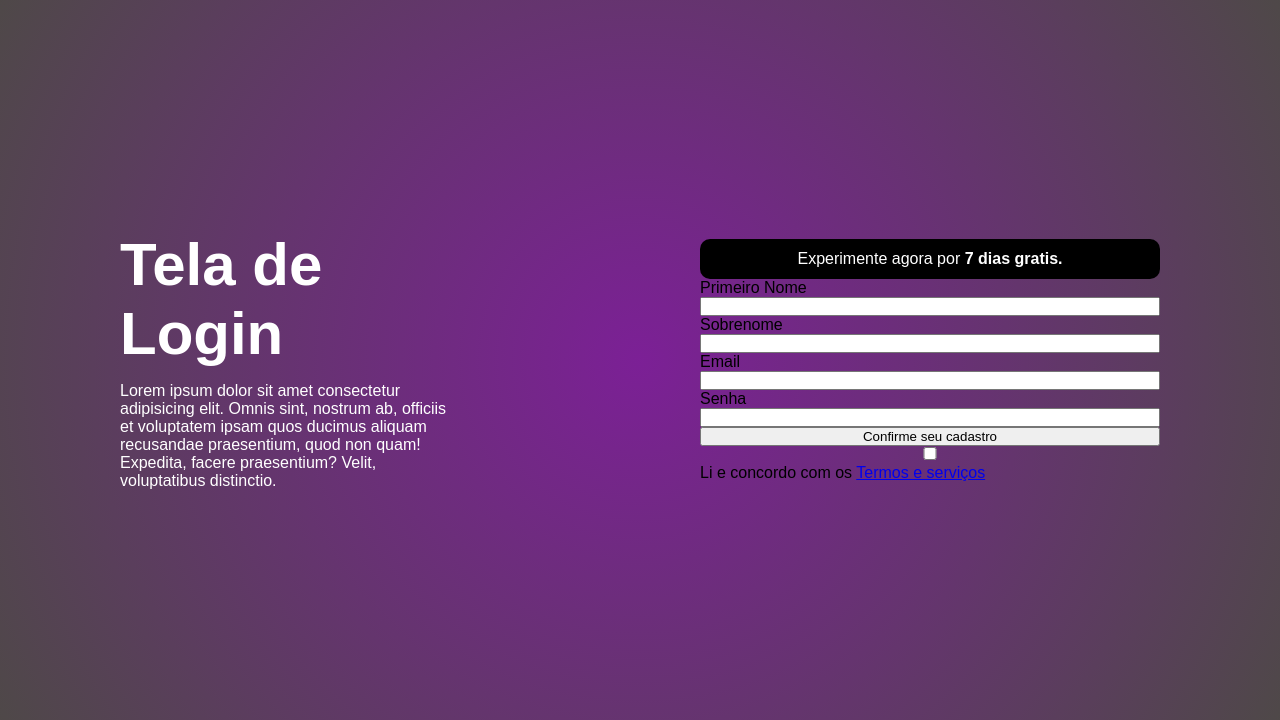
Repository: analessp/tela-login
Page: index.html
These files come from the project's save history. The page is drawn as it stood at one moment and after the next save; the edit follows.
The browser window is 1280 px wide. The pictures show the whole page.
Some web fonts or font styles are not loaded; a fallback is used.

Above is the page before, as saved 2025-04-16 08:53:15.

### index.html
<!DOCTYPE html>
<html lang="pt-br">
  <head>
    <meta charset="UTF-8" />
    <meta name="viewport" content="width=device-width, initial-scale=1.0" />
    <title>Tela de Login</title>
    <link rel="stylesheet" href="style.css" />
    <link rel="preconnect" href="https://fonts.googleapis.com" />
    <link rel="preconnect" href="https://fonts.gstatic.com" crossorigin />
    <link href="https://fonts.googleapis.com/css2?family=Nunito:ital,wght@0,200..1000;1,200..1000&family=Special+Gothic&display=swap" rel="stylesheet" />
  </head>
  <body>
    <main>
      <div class="container-left">
        <h1>Tela de Login</h1>
        <p>Lorem ipsum dolor sit amet consectetur adipisicing elit. Omnis sint, nostrum ab, officiis et voluptatem ipsam quos ducimus aliquam recusandae praesentium, quod non quam! Expedita, facere praesentium? Velit, voluptatibus distinctio.</p>
      </div>
      <div class="container-right">
        <a href="#" class="teste-gratis">
          <p>Experimente agora por <b>7 dias gratis.</b></p>
        </a>
        <div class="forms">
          <form>

            <div>
              <label for="name">
                <p>Primeiro Nome</p>
                <input id="name" type="text" />
              </label>
            </div>

            <div>
                <label for="lastname">
                    <p>Sobrenome</p>
                    <input id="lastname" type="text" />
                </label>
            </div>

            <div>
                <label for="email">
                    <p>Email</p>
                    <input id="email" type="email" />
                </label>
            </div>

            <div>
                <label for="password">
                    <p>Senha</p>
                    <input id="password" type="password" />
                </label>
            </div>

            <button type="submit">
                <p>Confirme seu cadastro</p>
            </button>
            <div>
                <input type="checkbox">
                <p>
                    Li e concordo com os <a href="#">Termos e serviços</a>
                </p>
            </div>
          </form>
        </div>
      </div>
    </main>
  </body>
</html>

### style.css
* {
    margin: 0;
    padding: 0;
    box-sizing: border-box;
    width: 100%;
    font-family: "Special Gothic", sans-serif;
}

main {
    display: flex;
    background-image: url("./assets/background.jpg") no-repeat center center;
    background-size: cover;
    position: relative;
    height: 100vh;
    z-index: 0;
}

&::after {
    content: "";
    background: radial-gradient(circle, rgba(109, 7, 138, 1) 0%, rgba(59, 52, 52, 1) 100%);
    position: absolute;
    top: 0;
    left: 0;
    opacity: 0.9;
    width: 100%;
    height: 100%;
    z-index: -1;
}

.container-left {
    color: white;
    display: flex;
    justify-content: center;
    flex-direction: column;
    padding: 40px 120px;
    gap: 14px;
}

.container-left h1 {
    font-size: 60px;
}

.container-right {
    background-color: #333(109, 109, 235);
    display: flex;
    flex-direction: column;
    justify-content: center;
    padding: 40px 120px;
}

.teste-gratis {
    display: flex;
    justify-content: center;
    align-items: center;
    width: 460px;
    height: 40px;
    background-color: black;
    text-decoration: none;
    color: white;
    border-radius: 10px;
}

.teste-gratis p{
text-align: center;
}

After the next save:
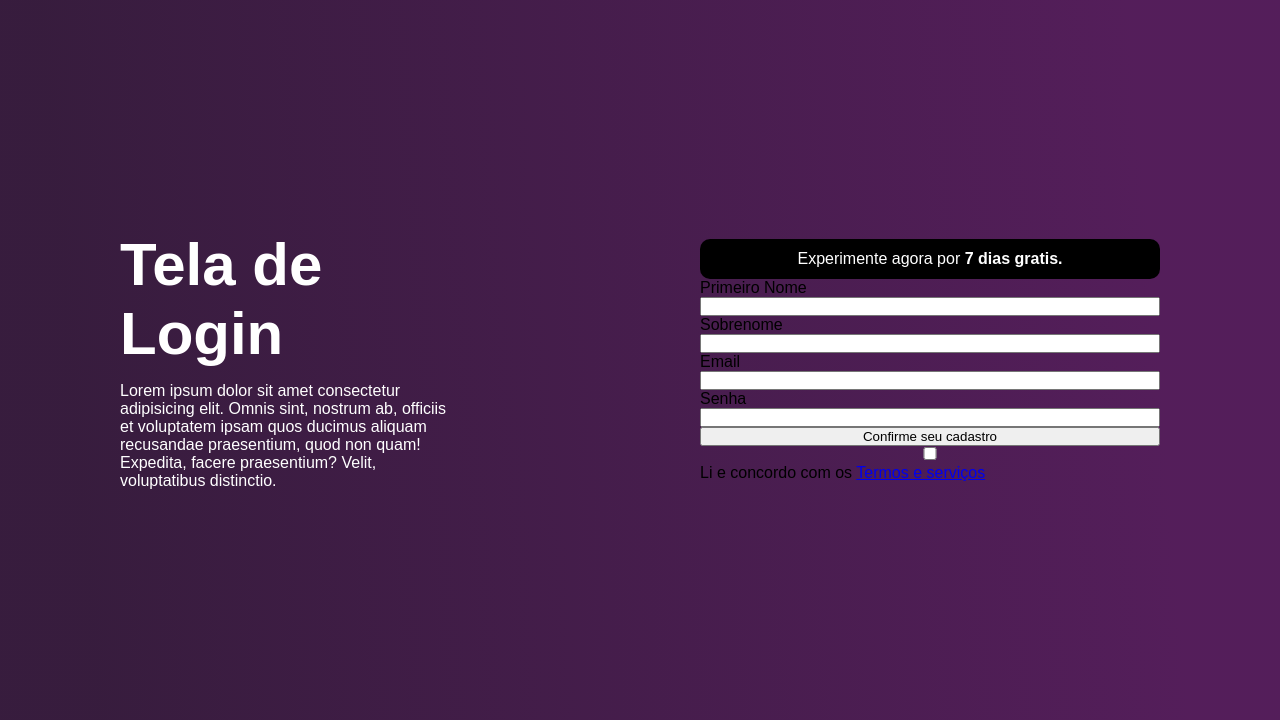
Saved 2 min 2 s later.
--- a/style.css
+++ b/style.css
@@ -17,7 +17,7 @@ main {
 
 &::after {
     content: "";
-    background: radial-gradient(circle, rgba(109, 7, 138, 1) 0%, rgba(59, 52, 52, 1) 100%);
+    background-image: linear-gradient( 85.2deg,  rgba(33,3,40,1) 7.5%, rgba(65,5,72,1) 88.7% );
     position: absolute;
     top: 0;
     left: 0;
